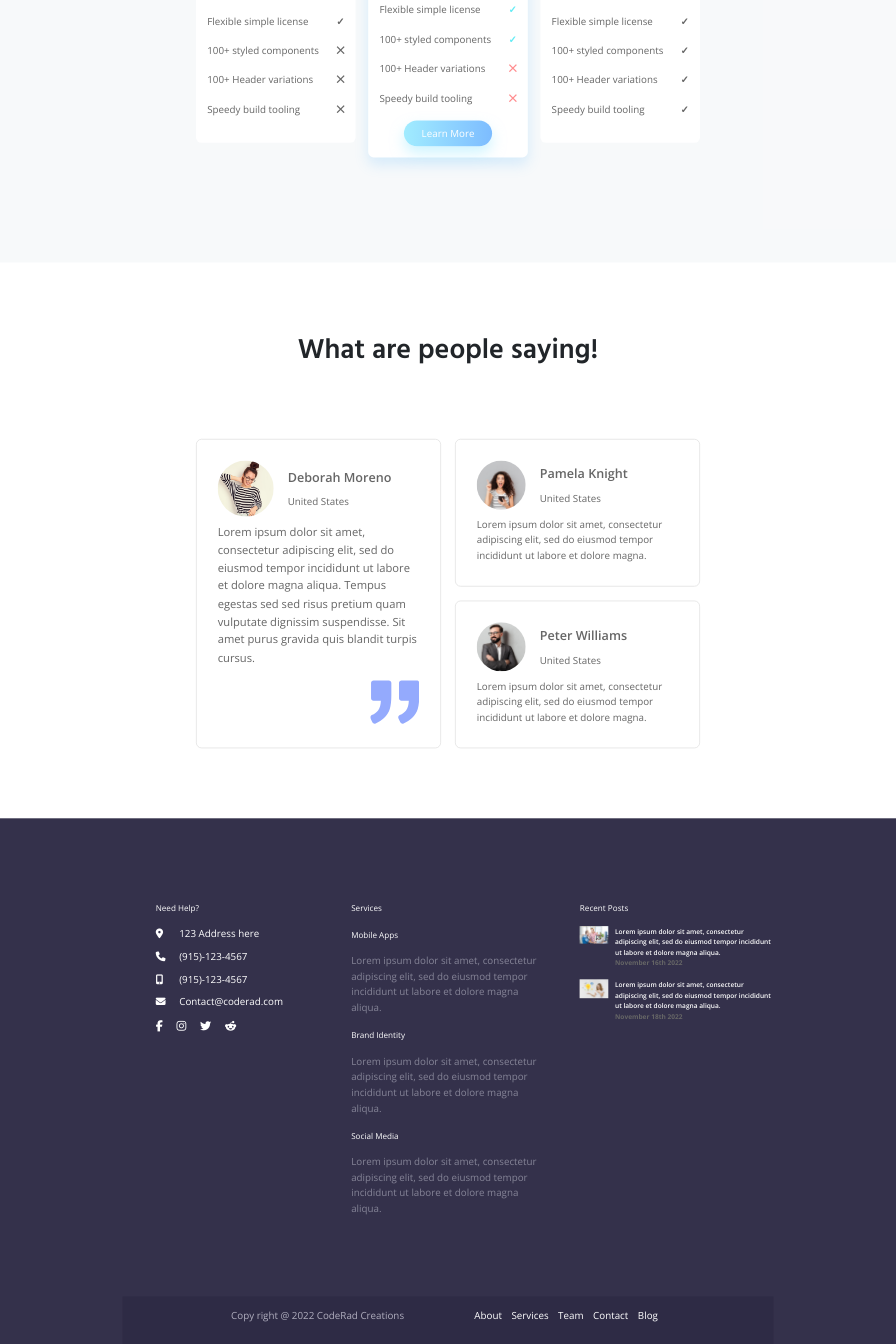
Repository: Sc-Juju/CodeRad
Page: index.html
An editor plug-in stored every save of this project. The page is shown before and after the next save, followed by the edit.
The browser window is 1280 px wide. The pictures show the part of the page from y = 2940 to 4860 px (the page is 4860 px tall), at 70% of full size.
Some web libraries are served in a nearby version.

Above is the page before, as saved 2022-11-16 14:18:50.

### index.html
<!DOCTYPE html>
<html>
	<head>
		<meta charset="utf-8" />
		<meta http-equiv="X-UA-Compatible" content="IE=edge" />
		<title>CodeRad</title>
		<meta name="description" content="" />
		<meta name="viewport" content="width=device-width, initial-scale=1" />

		<script
			src="https://kit.fontawesome.com/020fb16134.js"
			crossorigin="anonymous"
		></script>

		<link
			href="https://fonts.googleapis.com/css2?family=Open+Sans:wght@300;400;600;700&display=swap"
			rel="stylesheet"
		/>
		<link
			href="https://fonts.googleapis.com/css2?family=Hind:wght@300;400;500;600;700&display=swap"
			rel="stylesheet"
		/>

		<link rel="stylesheet" href="./css/default.css" />
		<link rel="stylesheet" href="./css/styles.css" />
		<link rel="stylesheet" href="./css/responsive.css" />
	</head>
	<body>
		<nav class="navbar nav">
			<div class="container">
				<button
					class="navbar-toggler"
					aria-expanded="false"
					aria-controls="navbarDropdown"
				>
					<span>&#9776;</span>
				</button>
				<a class="navbar-brand" href="index.html">CodeRad</a>
				<ul class="navbar-nav">
					<li class="nav-link">
						<a href="#">Home</a>
					</li>

					<li class="nav-link">
						<a href="#">Blog</a>
					</li>
					<li class="nav-link">
						<a href="#">Portfolio</a>
					</li>
					<li class="nav-link">
						<a href="#">Contact</a>
					</li>
				</ul>
			</div>
		</nav>

		<header class="bg-header">
			<div class="container">
				<div class="hero-wrapper">
					<h2 class="hero-header">
						Young in our spirits and <br />
						modern look.
					</h2>
					<a class="btn btn-white" href="#">Learn more</a>
				</div>
			</div>
		</header>
		<!--Why me-->
		<section>
			<div class="container why-me-wrapper">
				<div class="block-text">
					<span>Why choose me</span>
					<h2>
						Meeting Your Needs <br />
						In Website Building
					</h2>
					<p>
						Lorem ipsum dolor sit amet, consectetur adipiscing elit,
						sed do eiusmod tempor incididunt ut labore et dolore
						magna aliqua.
					</p>
					<a href="" class="btn btn-primary">Learn More</a>
				</div>
				<div>
					<img src="./CodeRad-assets/image2.svg" alt="Icon Chart" />
				</div>
			</div>
		</section>
		<!--Services-->
		<section class="bg-contrast">
			<div class="container service-grid">
				<div class="service-card">
					<span class="bg-color-1"></span>
					<div>
						<h3>Branding</h3>
						<p>
							Lorem ipsum dolor sit amet, consectetur adipiscing
							elit, sed do eiusmod tempor incididunt ut labore et
							dolore magna aliqua. Ut morbi tincidunt augue
							interdum velit euismod in pellentesque. Congue
							mauris rhoncus aenean vel.
						</p>
					</div>
				</div>
				<div class="service-card">
					<span class="bg-color-2"></span>
					<div>
						<h3>Design & UX</h3>
						<p>
							Lorem ipsum dolor sit amet, consectetur adipiscing
							elit, sed do eiusmod tempor incididunt ut labore et
							dolore magna aliqua. Ut morbi tincidunt augue
							interdum velit euismod in pellentesque. Congue
							mauris rhoncus aenean vel.
						</p>
					</div>
				</div>
				<div class="service-card">
					<span class="bg-color-3"></span>
					<div>
						<h3>Development</h3>
						<p>
							Lorem ipsum dolor sit amet, consectetur adipiscing
							elit, sed do eiusmod tempor incididunt ut labore et
							dolore magna aliqua. Ut morbi tincidunt augue
							interdum velit euismod in pellentesque. Congue
							mauris rhoncus aenean vel.
						</p>
					</div>
				</div>
				<div class="service-card">
					<span class="bg-color-4"></span>
					<div>
						<h3>User analysis</h3>
						<p>
							Lorem ipsum dolor sit amet, consectetur adipiscing
							elit, sed do eiusmod tempor incididunt ut labore et
							dolore magna aliqua. Ut morbi tincidunt augue
							interdum velit euismod in pellentesque. Congue
							mauris rhoncus aenean vel.
						</p>
					</div>
				</div>
				<div class="service-card">
					<span class="bg-color-5"></span>
					<div>
						<h3>UX Research</h3>
						<p>
							Lorem ipsum dolor sit amet, consectetur adipiscing
							elit, sed do eiusmod tempor incididunt ut labore et
							dolore magna aliqua. Ut morbi tincidunt augue
							interdum velit euismod in pellentesque. Congue
							mauris rhoncus aenean vel.
						</p>
					</div>
				</div>
				<div class="service-card">
					<span class="bg-color-6"></span>
					<div>
						<h3>SEO Service</h3>
						<p>
							Lorem ipsum dolor sit amet, consectetur adipiscing
							elit, sed do eiusmod tempor incididunt ut labore et
							dolore magna aliqua. Ut morbi tincidunt augue
							interdum velit euismod in pellentesque. Congue
							mauris rhoncus aenean vel.
						</p>
					</div>
				</div>
			</div>
		</section>

		<!--Video Demo-->
		<section class="video-demo">
			<div class="container">
				<div class="block-text">
					<h2>Telling Our Story</h2>
					<p>
						Lorem ipsum dolor sit amet, consectetur adipiscing elit,
						sed do eiusmod tempor <br />
						incididunt ut labore et dolore magna aliqua.
					</p>
				</div>
				<div class="video-box">
					<a href="#" class="video-btn">
						<img
							src="./CodeRad-assets/play.svg"
							alt="Play Video Button"
						/>
					</a>
					<img
						src="./CodeRad-assets/demo-video-thumbnail.jpg"
						alt="Video thumbnail"
					/>
				</div>
			</div>
		</section>

		<!--Pricing plans-->
		<section class="bg-contrast">
			<div class="block-text pricing-header">
				<h2>Choose The Right Package For You!</h2>
				<p>
					Lorem ipsum dolor sit amet, consectetur adipiscing elit, sed
					do eiusmod tempor <br />
					incididunt ut labore et dolore magna aliqua.
				</p>
			</div>
			<div class="pricing-table">
				<div class="price-card">
					<h3>Basic</h3>
					<div class="price">$99.90</div>
					<div class="billed">per month</div>
					<hr />
					<ul>
						<li>
							<span class="title">Community Support</span>
							<span class="icon">&#10003;</span>
						</li>
						<li>
							<span class="title">Flexible simple license</span>
							<span class="icon">&#10003;</span>
						</li>
						<li>
							<span class="title">100+ styled components</span>
							<span class="icon">&#10761;</span>
						</li>
						<li>
							<span class="title">100+ Header variations</span>
							<span class="icon">&#10761;</span>
						</li>
						<li>
							<span class="title">Speedy build tooling</span>
							<span class="icon">&#10761;</span>
						</li>
					</ul>
				</div>

				<div class="price-card featured">
					<h3>Standard</h3>
					<div class="price">$199.90</div>
					<div class="billed">per month</div>
					<hr />
					<ul>
						<li>
							<span class="title">Community Support</span>
							<span class="icon checked">&#10003;</span>
						</li>
						<li>
							<span class="title">Flexible simple license</span>
							<span class="icon checked">&#10003;</span>
						</li>
						<li>
							<span class="title">100+ styled components</span>
							<span class="icon checked">&#10003;</span>
						</li>
						<li>
							<span class="title">100+ Header variations</span>
							<span class="icon times">&#10761;</span>
						</li>
						<li>
							<span class="title">Speedy build tooling</span>
							<span class="icon times">&#10761;</span>
						</li>
						<div class="plan-btn-wrapper">
							<a href="" class="btn btn-primary">Learn More</a>
						</div>
					</ul>
				</div>

				<div class="price-card">
					<h3>Enterprise</h3>
					<div class="price">$499.90</div>
					<div class="billed">per month</div>
					<hr />
					<ul>
						<li>
							<span class="title">Community Support</span>
							<span class="icon">&#10003;</span>
						</li>
						<li>
							<span class="title">Flexible simple license</span>
							<span class="icon">&#10003;</span>
						</li>
						<li>
							<span class="title">100+ styled components</span>
							<span class="icon">&#10003;</span>
						</li>
						<li>
							<span class="title">100+ Header variations</span>
							<span class="icon">&#10003;</span>
						</li>
						<li>
							<span class="title">Speedy build tooling</span>
							<span class="icon">&#10003;</span>
						</li>
					</ul>
				</div>
			</div>
		</section>

		<!--Testimonials-->
		<section class="testimonials">
			<div class="block-text">
				<h2>What are people saying!</h2>
			</div>
			<div class="testimonial-grid">
				<div class="testimonial-card lg">
					<div class="top">
						<img
							src="./CodeRad-assets/1.png"
							alt=""
							class="profile"
						/>
						<div class="top-info">
							<h4>Deborah Moreno</h4>
							<span>United States</span>
						</div>
					</div>
					<div class="bottom">
						<p>
							Lorem ipsum dolor sit amet, consectetur adipiscing
							elit, sed do eiusmod tempor incididunt ut labore et
							dolore magna aliqua. Tempus egestas sed sed risus
							pretium quam vulputate dignissim suspendisse. Sit
							amet purus gravida quis blandit turpis cursus.
						</p>
						<span>
							<img
								src="./CodeRad-assets/quote-colored.svg"
								alt="quote"
								class="quote"
							/>
						</span>
					</div>
				</div>

				<div class="testimonial-card md">
					<div class="top">
						<img
							src="./CodeRad-assets/2.png"
							alt=""
							class="profile"
						/>
						<div class="top-info">
							<h4>Pamela Knight</h4>
							<span>United States</span>
						</div>
					</div>
					<div class="bottom">
						<p>
							Lorem ipsum dolor sit amet, consectetur adipiscing
							elit, sed do eiusmod tempor incididunt ut labore et
							dolore magna.
						</p>
					</div>
				</div>

				<div class="testimonial-card md">
					<div class="top">
						<img
							src="./CodeRad-assets/3.png"
							alt=""
							class="profile"
						/>
						<div class="top-info">
							<h4>Peter Williams</h4>
							<span>United States</span>
						</div>
					</div>
					<div class="bottom">
						<p>
							Lorem ipsum dolor sit amet, consectetur adipiscing
							elit, sed do eiusmod tempor incididunt ut labore et
							dolore magna.
						</p>
					</div>
				</div>
			</div>
		</section>
		<!--Footer-->
		<footer class="bg-footer">
			<div class="container">
				<section class="footer-top">
					<div class="footer-col">
						<h5>Need Help?</h5>
						<div class="contact-info">
							<ul>
								<li>
									<i class="fa-solid fa-location-dot"></i>
									123 Address here
								</li>
								<li>
									<i class="fa-solid fa-phone"></i>
									(915)-123-4567
								</li>
								<li>
									<i
										class="fa-solid fa-mobile-screen-button"
									></i>
									(915)-123-4567
								</li>
								<li>
									<i class="fa-solid fa-envelope"></i>
									Contact@coderad.com
								</li>
							</ul>
						</div>
						<div class="social-icons">
							<ul>
								<li>
									<a href=""
										><i class="fa-brands fa-facebook-f"></i
									></a>
								</li>
								<li>
									<a href=""
										><i class="fa-brands fa-instagram"></i
									></a>
								</li>
								<li>
									<a href=""
										><i class="fa-brands fa-twitter"></i
									></a>
								</li>
								<li>
									<a href=""
										><i
											class="fa-brands fa-reddit-alien"
										></i
									></a>
								</li>
							</ul>
						</div>
					</div>
					<div class="footer-col">
						<h5>Services</h5>
						<div class="services-wrapper">
							<h5>Mobile Apps</h5>
							<p>
								Lorem ipsum dolor sit amet, consectetur
								adipiscing elit, sed do eiusmod tempor
								incididunt ut labore et dolore magna aliqua.
							</p>
						</div>
						<div class="services-wrapper">
							<h5>Brand Identity</h5>
							<p>
								Lorem ipsum dolor sit amet, consectetur
								adipiscing elit, sed do eiusmod tempor
								incididunt ut labore et dolore magna aliqua.
							</p>
						</div>
						<div class="services-wrapper">
							<h5>Social Media</h5>
							<p>
								Lorem ipsum dolor sit amet, consectetur
								adipiscing elit, sed do eiusmod tempor
								incididunt ut labore et dolore magna aliqua.
							</p>
						</div>
					</div>
					<div class="footer-col">
						<h5>Recent Posts</h5>
						<div class="recent-posts">
							<div class="post-img-wrapper">
								<img
									src="./CodeRad-assets/blog1.jpg"
									alt="blog1"
								/>
							</div>
							<div class="post-inner">
								<h6>
									<a href=""
										>Lorem ipsum dolor sit amet, consectetur
										adipiscing elit, sed do eiusmod tempor
										incididunt ut labore et dolore magna
										aliqua.</a
									>
								</h6>
								<h6>November 16th 2022</h6>
							</div>
						</div>
						<div class="recent-posts">
							<div class="post-img-wrapper">
								<img
									src="./CodeRad-assets/blog2.jpg"
									alt="blog2"
								/>
							</div>
							<div class="post-inner">
								<h6>
									<a href=""
										>Lorem ipsum dolor sit amet, consectetur
										adipiscing elit, sed do eiusmod tempor
										incididunt ut labore et dolore magna
										aliqua.</a
									>
								</h6>
								<h6>November 18th 2022</h6>
							</div>
						</div>
					</div>
				</section>
				<section class="footer-bottom">
					<div class="footer-bottom-wrapper">
						<div class="copyright">
							<p>Copy right @ 2022 CodeRad Creations</p>
						</div>
						<div class="footer-bottom-links">
							<ul>
								<li><a href="">About</a></li>
								<li><a href="">Services</a></li>
								<li><a href="">Team</a></li>
								<li><a href="">Contact</a></li>
								<li><a href="">Blog</a></li>
							</ul>
						</div>
					</div>
				</section>
			</div>
		</footer>
	</body>
</html>

### css/default.css
:root{
    --white:#fff;
    --black: #000;
    --font-color-base:#666;
    --font-color-dark:#212529;
    --font-color-light:#b0aebe;
    --font-color-link:#57a6ff;
    --footer:#34314b;
    --footer-base:#2e2b45;
    --contrast:rgba(246, 248, 249, 0.8);
    --success: #64ecf5;
    --danger:#ff8b8d;
    --grad-1:#a1ecff;
    --grad-2:#7dbcff;


    --size-10:0.625rem;
    --size-14:0.875rem;
    --size-16:1rem;
    --size-18:1.125rem;
    --size-20:1.25rem;
    --size-30:1.875rem;
    --size-40:2.5rem;
    --size-50:3.125rem;
    --size-100:6.25rem;
    --size-150:9.375rem;
}
body{
    font-family:"Open Sans", sans-serif;
    font-weight: 400;
    font-size:0.875rem;
    line-height: 1.6;
    letter-spacing: 0;
    color: var(--font-color-base);
    margin:0;
    padding:0;
}
*,
::after,
::before{
    box-sizing: border-box;
}
ul{
    padding:0;
    margin:0;
    list-style: none;
}
a {text-decoration: none;}
p {margin-top:0;}
h2{
    font-size:1.75rem;
    font-weight:500;
    line-height:1.2;
}
img {
    width:100%;
    max-width:100%;
    vertical-align:middle;
    border-style: none;
}
.container{
    width: 100%;
    padding-left:15px;
    padding-right:15px;
    margin-right:auto;
    margin-left:auto;
}

.btn{
    display: inline-block;
    font-weight: 400;
    color: var(--font-color-dark);
    text-align: center;
    cursor: pointer;
    user-select: none;
    background-color: transparent;
    border: 1px solid transparent;
    padding: .375rem .75rem;
    border-radius:1.25rem;
    transition: ease-in-out .3s;
}
.btn-primary{
    background-image: linear-gradient(90deg, var(--grad-1)0%, var(--grad-2)100%);
    border: 1px var(--grad-1);
    box-shadow: 0 10px 20px rgba(161, 236, 255, .5);
    transition: ease-in-out .3s;
    color: var(--white);
    padding: .4375rem 1.5625rem;
}

.btn-white{
    background-color: var(--white);
    color: var(--font-color-link);
    box-shadow: 0px 10px 20px rgba(255, 255, 255, .35);
    padding: .475rem 1.75rem;
}

@media (min-width:768px){
    .pricing-table,
    .testimonial-grid,
    .footer-bottom-wrapper{max-width:720px;}
}

@media (min-width:992px){
    footer .container{ max-width: 960px; }
}

@media (min-width:1200px){
    .container{ max-width: 1140px; }
}

Loaded but not shown: css/styles.css (335 lines, source omitted); css/responsive.css (no copy from this time; the picture is the same without it)

After the next save:
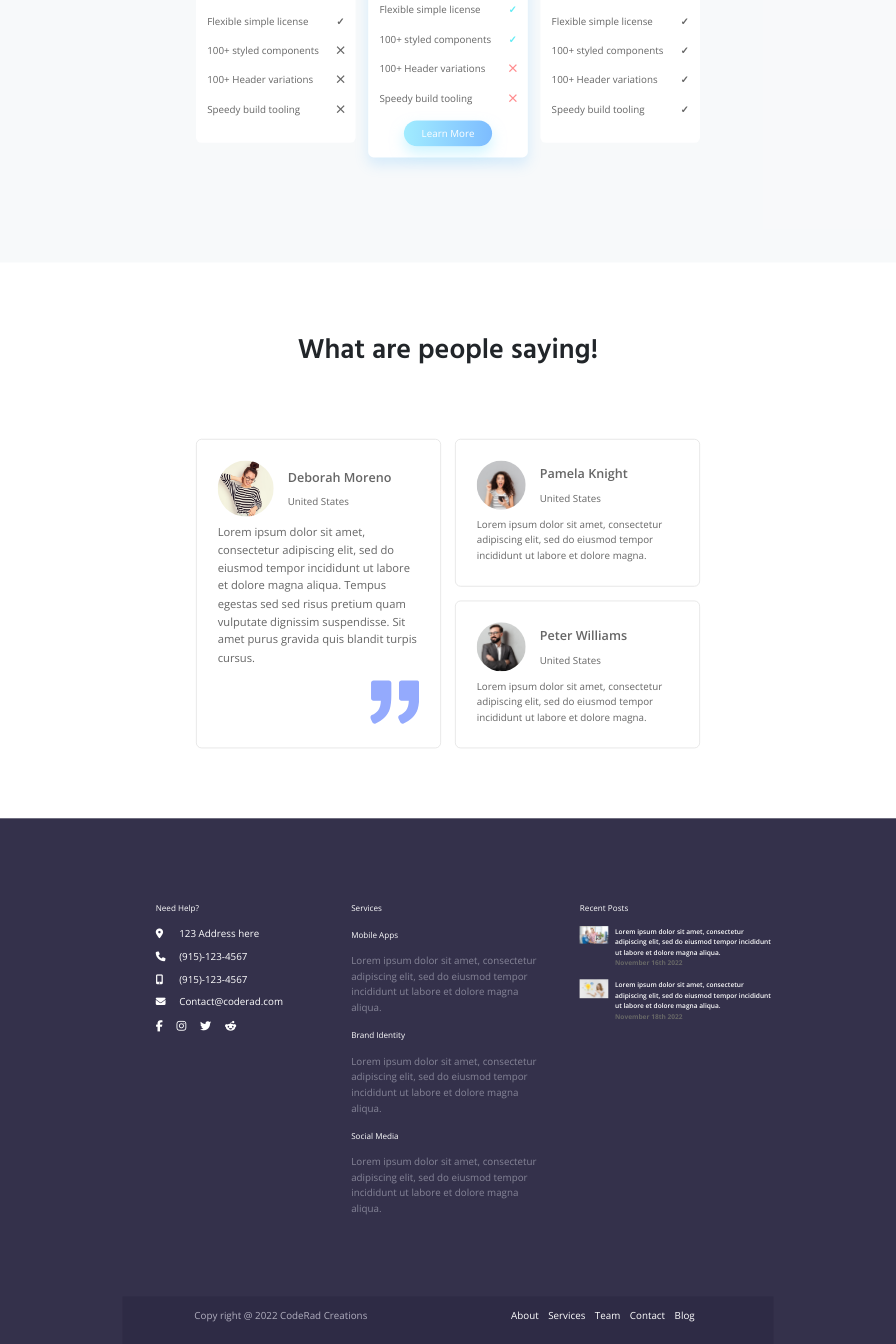
Saved 12 min 50 s later.
--- a/css/default.css
+++ b/css/default.css
@@ -97,8 +97,7 @@ img {
 
 @media (min-width:768px){
     .pricing-table,
-    .testimonial-grid,
-    .footer-bottom-wrapper{max-width:720px;}
+    .testimonial-grid{max-width:720px;}
 }
 
 @media (min-width:992px){

After the save that followed:
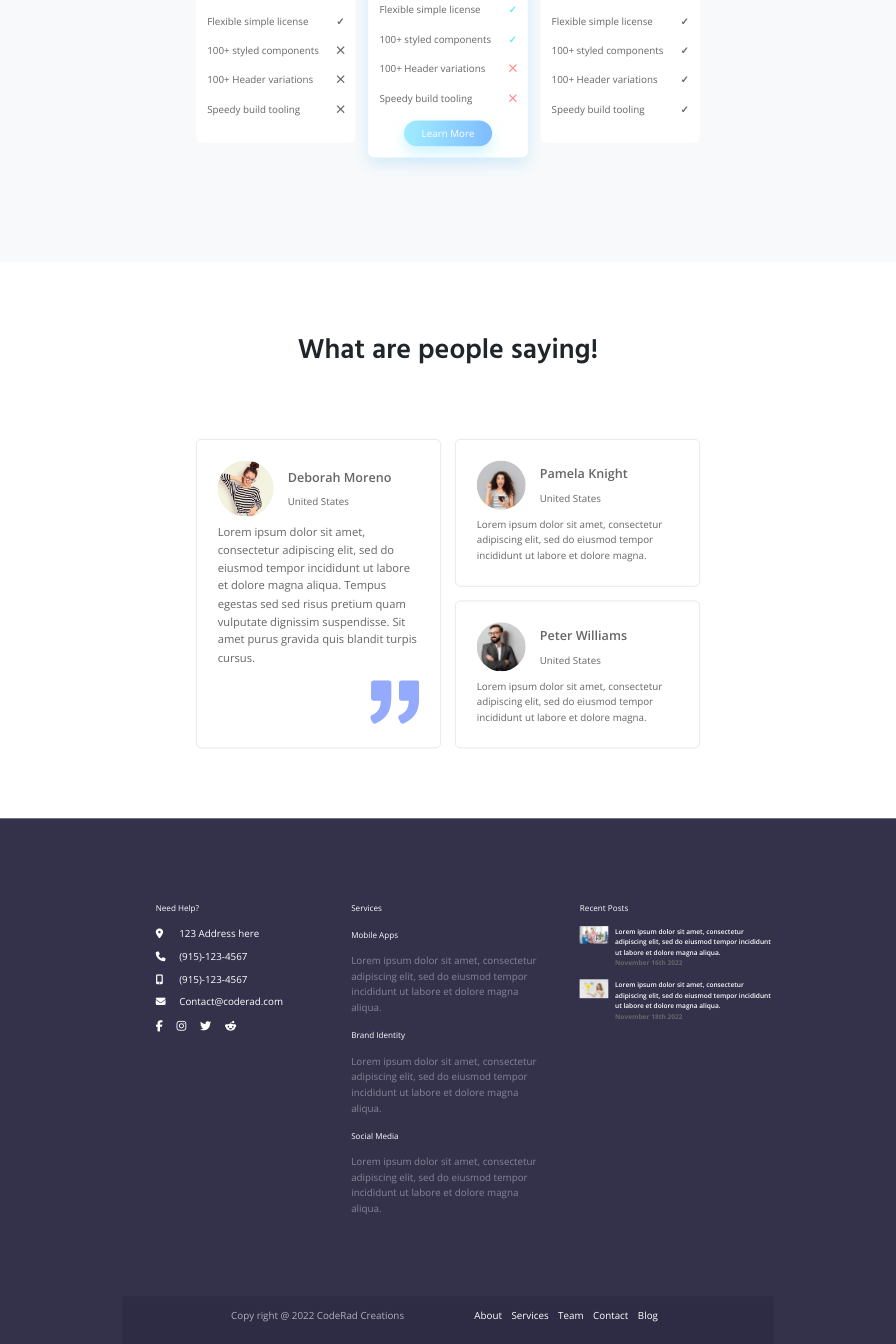
Saved 62 s later.
--- a/css/default.css
+++ b/css/default.css
@@ -97,7 +97,8 @@ img {
 
 @media (min-width:768px){
     .pricing-table,
-    .testimonial-grid{max-width:720px;}
+    .testimonial-grid,
+    .footer-bottom-wrapper{max-width:720px;}
 }
 
 @media (min-width:992px){
